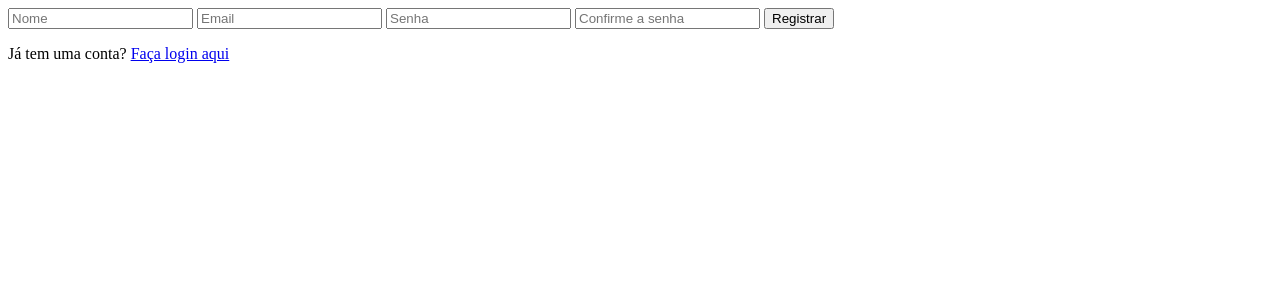
Repository: Matheus904-12/Projeto
Page: Login/cadastro.html
The author's editor kept a copy of each file at every save. The page is drawn from the files as they stood at one save, then again after the next save.
The browser window is 1280 px wide. The pictures show the whole page.

Above is the page before, as saved 2023-10-03 19:20:49.
Console error: TypeError: Cannot read properties of null (reading 'querySelector')
Not found: Login/cadastro-style.css

After the next save:
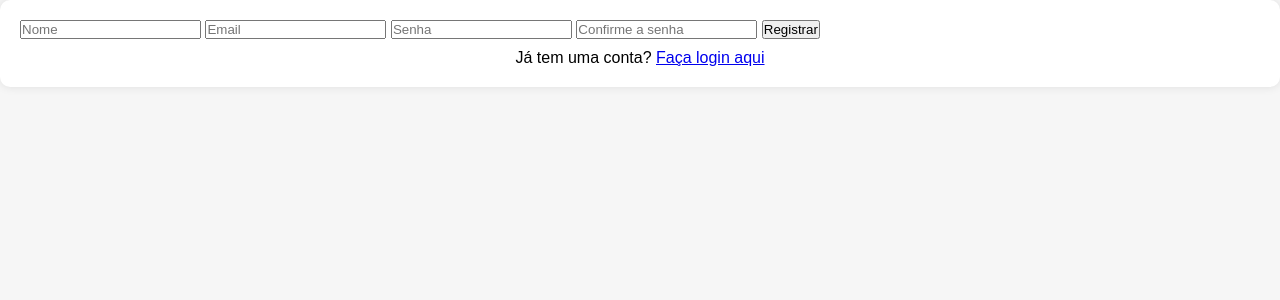
Saved 6 s later.
--- a/Login/cadastro.html
+++ b/Login/cadastro.html
@@ -6,7 +6,7 @@
 
     <title>Cadastro</title>
 
-    <link rel="stylesheet" href="cadastro-style.css">
+    <link rel="stylesheet" href="style.css">
 </head>
 <body>
     <div class="cadastro">
